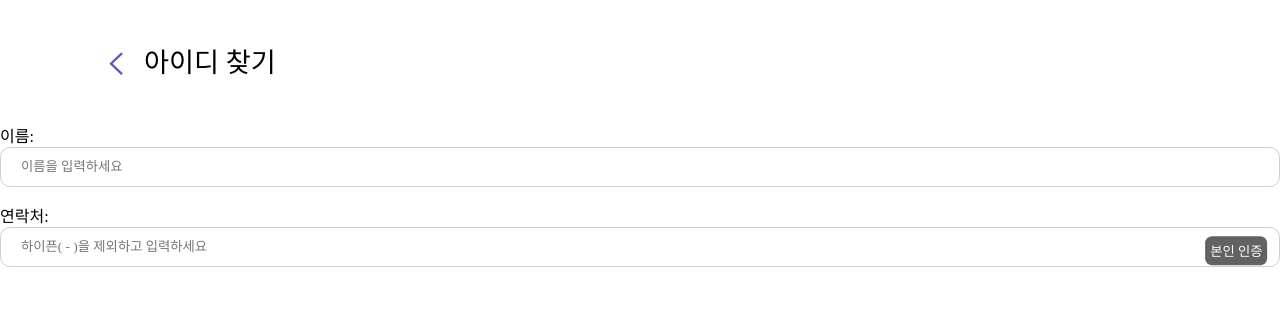
Repository: PEPI-dev/UI
Page: find_id_pw/findId.html
These files come from the project's save history. The page is drawn as it stood at one moment and after the next save; the edit follows.
The browser window is 1280 px wide. The pictures show the whole page.
Some web fonts or font styles are not loaded; a fallback is used.

Above is the page before, as saved 2023-12-05 16:36:09.

### find_id_pw/findId.html
<!DOCTYPE html>
<html lang="en">

<head>
    <meta charset="UTF-8">
    <meta name="viewport" content="width=device-width, initial-scale=1.0">
    <title>아이디 찾기</title>
    <link rel="stylesheet" href="../userFrame.css">
    <link rel="stylesheet" href="./findId.css">
    <link rel="stylesheet" type="text/css" href="../a_XEIcon-2.2.0/xeicon.min.css">
</head>

<body>

    <header>
        <i class="xi-angle-left" id="back"></i>
        <span class="title">아이디 찾기</span>
    </header>

    <form class="form_class" action="#">
        <p class="display">
            <!-- onclick 추가 -->
            <label for="userid" class="txt_input">이름:</label><input class="search" id="username" placeholder="이름을 입력하세요" maxlength="15">
        </p>

        <!-- 버튼 type=button으로 추가, onclick 추가 -->
        <p class="display"><label for="hp" class="txt_input">연락처:</label>
            <input class="search" id="hp" type="text" placeholder="하이픈( - )을 제외하고 입력하세요" maxlength="11"><button type="button" class="btn_inside"
                id="phone_check" onclick="openPopup()">본인 인증</button>
        </p>




        </form>

    <script>
        // 이전 페이지로 돌아가기
        function backPage() {
            window.history.back()
        }
    </script>
</body>

</html>

### userFrame.css
/*색상*/
.purple {
    background-color: #6658B1;
}

.gold {
    background-color: #EF9E3E;
}

.yellow {
    background-color: #F6C080;
}

/*폰트 -> 이거만 사용, 이미 적용시켜놨어용*/
@font-face {
    font-family: 'Pretendard-Regular';
    src: url('https://cdn.jsdelivr.net/gh/Project-Noonnu/noonfonts_2107@1.1/Pretendard-Regular.woff') format('woff');
    font-weight: 400;
    font-style: normal;
}

* {
    font-family: 'Pretendard-Regular';
}
/*기본 설정*/
html {
    font-size: 16px;
    box-sizing: border-box;
}

body, header, footer{
    width: 100%;
    font-size: 1rem;
    margin: 0;
    padding: 0;
    box-sizing: border-box;
}

header {
    padding: 30px;
    padding-left: 8%;
    padding-top: 50px;
    display: flex;
    font-size: 1.7rem;
    font-weight: 500;
    line-height: 1.7rem;
}

.title{
    margin-left: 0.9rem;
}

.container{
    width: 80%;
    margin: auto;
    padding: 0;
    box-sizing: border-box;
}
/*검색창, 입력창*/
.search {
    border: 1px solid #d1d0d0;
    border-radius: 10px;
    width: 100%;
    height: 40px;
    padding: 5px 20px;
    box-sizing: border-box;
}
/*뒤로가기 버튼*/
.xi-angle-left {
    color: #6658B1;
}
/*기본 버튼*/
.button {
    color: white;
    font-size: 20px;
    font-weight: 500;
    border-radius: 17px;
    border: 0px;
    width: 100%;
    height: 50px;
    margin-top: 50px;
}

footer {
    height: 60px;
}

### find_id_pw/findid.css
.btn_inside{
    width: fit-content;
    text-wrap: nowrap; /*버튼 크기가 텍스트 사이즈에 맞게 커지도록 설정, 텍스트가 밑으로 가지 않고 옆으로 가게끔*/
    background-color: #636163;
    color: white;
    font-weight: 500;
    border-radius: 7px;
    border: 0px;
    position: absolute;
    padding: 5px;
    position: absolute;
    margin-top: -9px;
    transform: translate(-120%, 63%);
}

Loaded but not shown: a_XEIcon-2.2.0/xeicon.min.css (library)

After the next save:
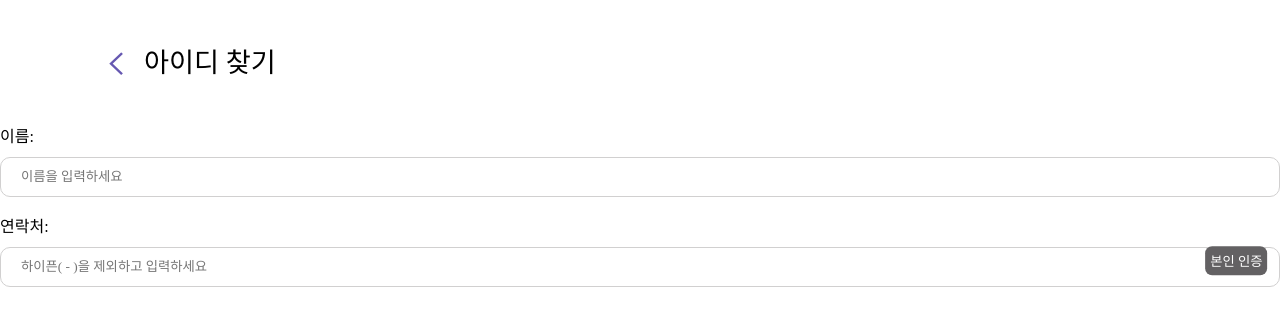
Saved 19 s later.
--- a/find_id_pw/findid.css
+++ b/find_id_pw/findid.css
@@ -12,3 +12,8 @@
     margin-top: -9px;
     transform: translate(-120%, 63%);
 }
+
+input {
+    margin-top: 10px;
+    position: relative;
+}
